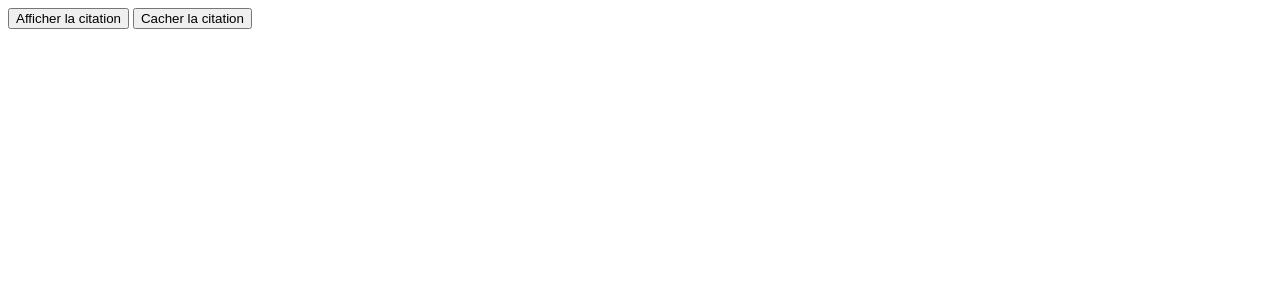
Repository: karim-sebih/runtrackJs
Page: jour3/job1/index.html
An editor plug-in stored every save of this project. The page is shown before and after a run of saves, followed by the edit.
The browser window is 1280 px wide. The pictures show the whole page.

Above is the page before, as saved 2025-03-12 10:13:33.

### jour3/job1/index.html
<!DOCTYPE html>
<html lang="en">
<head>
    <meta charset="UTF-8">
    <meta name="viewport" content="width=device-width, initial-scale=1.0">
    <script src="script.js"></script>
    <link rel="stylesheet" href="index.css">
    <title>Button</title>
</head>
<body>
    <button id="Showbtn">Afficher la citation</button>
    <button id="Hidebtn">Cacher la citation</button>
    <p id="citation">“Les logiciels et les cathédrales, c'est un peu la même chose - d'abord, on
        les construit, ensuite, on prie.”</p>



</body>
</html>

### jour3/job1/index.css
#citation{
    display: none;
}

Loaded but not shown: jour3/job1/script.js (no copy from this time; the picture is the same without it)

After the next 10 saves:
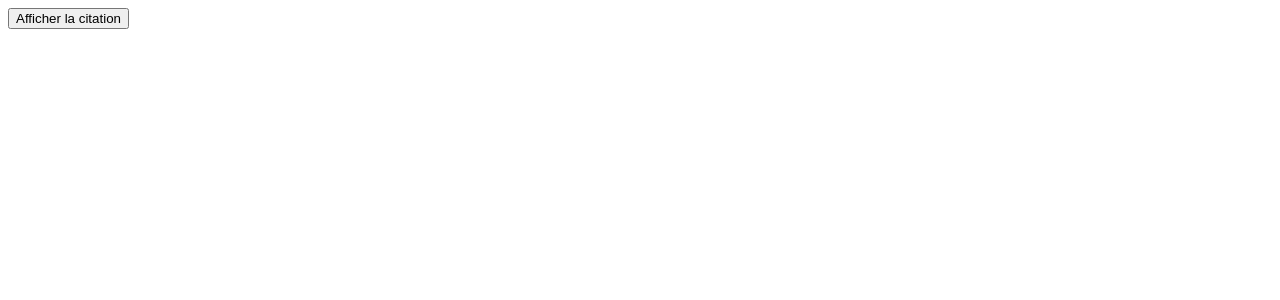
The 10 saves are shown as one change because they came seconds apart.
The last was saved 21 s later.
--- a/jour3/job1/index.css
+++ b/jour3/job1/index.css
@@ -1,3 +1,7 @@
 #citation{
     display: none;
 }
+
+#Hidebtn{
+    display: none;
+}
